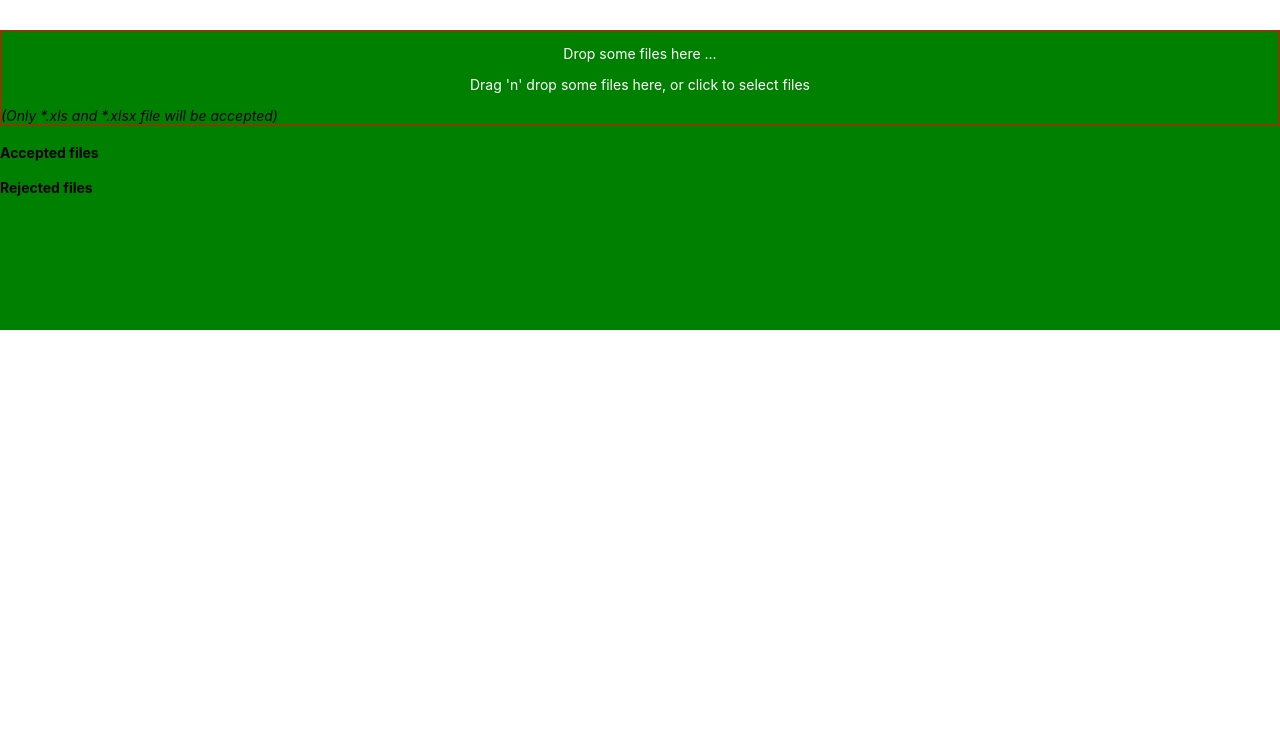
Repository: enigmawxy/abi2020
Page: /
These files come from the project's save history. The page is drawn as it stood at one moment and after the next save; the edit follows.
The browser window is 1280 px wide. The pictures show the whole page.
The page's requests for data from a server got no answer. The project was rebuilt for these pictures with package versions that can differ from the ones it lists, and the page was loaded fresh each time. No one was signed in, and anything a server would have sent is missing. Also part of the build but not shown: src/components/login/login.scss, src/components/login/login.jsx, src/common/header.scss, src/common/header.jsx, src/common/footer.scss, src/common/footer.jsx, src/components/register/content.scss, src/components/register/content.jsx and 3 more.

Above is the page before, as saved 2020-08-19 10:39:07.

After the next save:
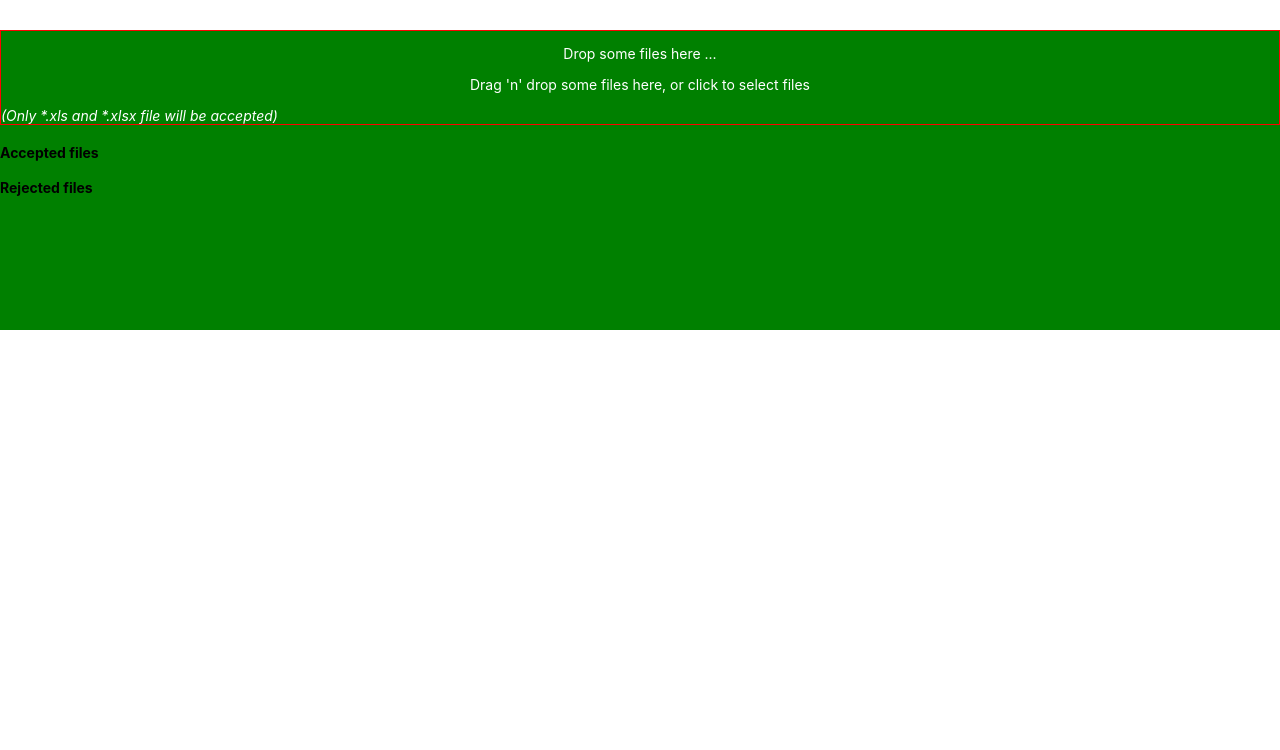
Saved 61 s later.
--- a/src/common/Accept.scss
+++ b/src/common/Accept.scss
@@ -5,10 +5,10 @@
     background: green;
     .dropzone {
         border: 1px solid red;
-    }
-    p {
-        text-align: center;
-        color: #fff;
+        p, em {
+            text-align: center;
+            color: #fff;
+        }
     }
 }
 
